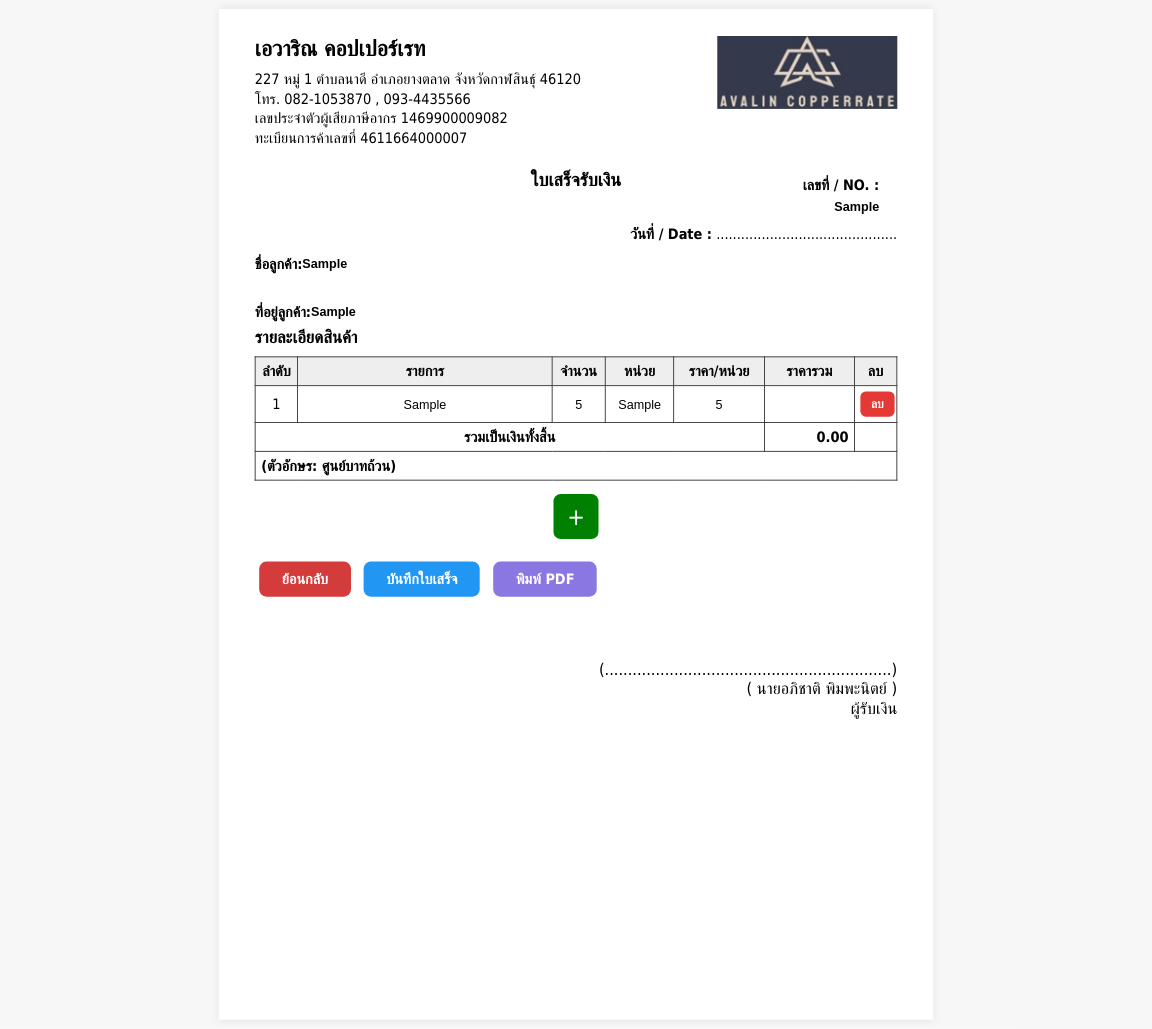
Repository: Hermesmercury88/shop_it
Page: quotation.html
These files come from the project's save history. The page is drawn as it stood at one moment and after the next save; the edit follows.
The browser window is 1280 px wide. The pictures show the whole page, at 90% of full size.
Empty fields were first filled with sample values (such as "Sample", 5 or name@example.com).
After loading, the first visible `button.btn-print` was clicked once.
Some web fonts or font styles are not loaded; a fallback is used.

Above is the page before, as saved 2025-09-21 11:04:10.

### quotation.html
<!DOCTYPE html>
<html lang="th">
<head>
<meta charset="UTF-8">
<title>ใบเสร็จรับเงิน</title>
<link href="css/quotation.css" rel="stylesheet">
<style>
/* ตาราง */
table { border-collapse: collapse; width: 100%; }
table, th, td { border: 1px solid #000; }
th, td { padding: 5px; text-align: center; }
tfoot td { font-weight: bold; }

/* ปุ่ม */
.add-btn, .remove-btn { cursor: pointer; }

/* ปรับแถวรวม */
tfoot .total-row td { border-top: 1px solid #000; }
tfoot .total-row td:first-child { border-right: 1px solid #000; }
</style>
</head>
<body>
<div class="container" id="receiptContent">

    <!-- ส่วนหัว -->
    <div class="header-info">
        <div class="company">
            <h2>เอวาริณ คอปเปอร์เรท</h2>
            <p>227 หมู่ 1 ตำบลนาดี อำเภอยางตลาด จังหวัดกาฬสินธุ์ 46120</p>
            <p>โทร. 082-1053870 , 093-4435566</p>
            <p>เลขประจำตัวผู้เสียภาษีอากร 1469900009082</p>
            <p>ทะเบียนการค้าเลขที่ 4611664000007</p>
        </div>
        <div class="logo">
            <img src="./pic/logo.png" alt="logo">
        </div>
    </div>

    <!-- ฟอร์ม -->
    <form action="http://localhost/shop/save.php" method="post" id="receiptForm">

        <div class="doc-title">
            <h2>ใบเสร็จรับเงิน</h2>
            <div class="doc-info">
                <label>เลขที่ / NO. : <input type="text" name="order_no" required></label>
                <span><b>วันที่ / Date :</b> ............................................</span>
            </div>
        </div>

        <div class="customer-info">
            <label>ชื่อลูกค้า: <input type="text" name="customer_name" required></label><br>
            <label>ที่อยู่ลูกค้า: <textarea name="customer_address" rows="2" required></textarea></label>
        </div>

        <h3>รายละเอียดสินค้า</h3>
        <table id="itemsTable">
            <thead>
                <tr>
                    <th>ลำดับ</th>
                    <th>รายการ</th>
                    <th>จำนวน</th>
                    <th>หน่วย</th>
                    <th>ราคา/หน่วย</th>
                    <th>ราคารวม</th>
                    <th>ลบ</th>
                </tr>
            </thead>
            <tbody>
                <tr>
                    <td>1</td>
                    <td><input type="text" name="item_name[]"></td>
                    <td><input type="number" name="qty[]" class="qty"></td>
                    <td><input type="text" name="unit[]"></td>
                    <td><input type="number" name="price[]" class="price"> </td>
                    <td><input type="text" name="total[]" class="total" readonly></td>
                    <td><button type="button" class="remove-btn">ลบ</button></td>
                </tr>
            </tbody>
            <tfoot>
                <!-- รวมเป็นเงินทั้งสิ้น -->
                 <tr>
                    <td colspan="5" style="text-align:center;font-weight:bold;">รวมเป็นเงินทั้งสิ้น</td>
                    <td style="text-align:right;font-weight:bold;">
                        <span id="grandTotalDisplay">0.00</span>
                    </td>
                    <td></td>
                </tr>
                <!-- ตัวอักษร -->
                 <tr>
                    <td colspan="7" style="text-align:left;font-weight:bold;">
                        (ตัวอักษร: <span id="thaiTextDisplay">ศูนย์บาทถ้วน</span>)
                    </td>
                </tr>
            </tfoot>
        </table>

        <input type="hidden" name="grand_total" id="grand_total_input">

        <button type="button" class="add-btn">+</button>
        <button type="button" class="button btn-back" onclick="window.location.href='index.html'">ย้อนกลับ</button>
        <button type="submit" class="button btn-save">บันทึกใบเสร็จ</button>
        <button type="button" class="button btn-print" onclick="printPDF()">พิมพ์ PDF</button>
    </form>

    <div class="signature">
        <p>(..............................................................)<br>( นายอภิชาติ พิมพะนิตย์ )<br>ผู้รับเงิน</p>
    </div>
</div>

<script>
// แปลงตัวเลขเป็นภาษาไทย
function numberToThaiText(number) {
    const txtnum = ["ศูนย์","หนึ่ง","สอง","สาม","สี่","ห้า","หก","เจ็ด","แปด","เก้า"];
    const txtdigit = ["","สิบ","ร้อย","พัน","หมื่น","แสน","ล้าน"];
    if(number === 0) return "ศูนย์บาทถ้วน";
    let bahtText = "";
    let numStr = number.toFixed(2).toString();
    let [intPart, decPart] = numStr.split(".");
    let intLen = intPart.length;

    for(let i=0; i<intLen; i++){
        let n = parseInt(intPart.charAt(i));
        let pos = intLen - i - 1;
        if(n!==0){
            if(pos==1 && n==1) bahtText += "สิบ";
            else if(pos==1 && n==2) bahtText += "ยี่สิบ";
            else if(pos==0 && n==1 && intLen>1) bahtText += "เอ็ด";
            else bahtText += txtnum[n] + (pos>0?txtdigit[pos]:"");
        }
    }
    bahtText += "บาท";
    if(decPart=="00") bahtText += "ถ้วน";
    else {
        let d1 = parseInt(decPart.charAt(0));
        let d2 = parseInt(decPart.charAt(1));
        if(d1!=0){
            if(d1==1) bahtText += "สิบ";
            else if(d1==2) bahtText += "ยี่สิบ";
            else bahtText += txtnum[d1]+"สิบ";
        }
        if(d2!=0){
            if(d2==1) bahtText += "เอ็ดสตางค์";
            else bahtText += txtnum[d2]+"สตางค์";
        }
    }
    return bahtText;
}

// คำนวณราคารวม
function calculateTotals() {
    let qtys = document.querySelectorAll(".qty");
    let prices = document.querySelectorAll(".price");
    let totals = document.querySelectorAll(".total");
    let grandTotal = 0;

    qtys.forEach((qty, i) => {
        let q = parseFloat(qty.value) || 0;
        let p = parseFloat(prices[i].value) || 0;
        let sum = q * p;
        totals[i].value = sum.toFixed(2);
        grandTotal += sum;
    });

    // แสดงผลรวม
    document.getElementById("grandTotalDisplay").innerText = grandTotal.toFixed(2);
    document.getElementById("grand_total_input").value = grandTotal.toFixed(2);

    // แสดงตัวอักษร
    document.getElementById("thaiTextDisplay").innerText = numberToThaiText(grandTotal);
}

// event คำนวณอัตโนมัติ
document.addEventListener("input", function(e){
    if(e.target.classList.contains("qty") || e.target.classList.contains("price")){
        calculateTotals();
    }
});

// เพิ่มแถวสินค้า
document.querySelector(".add-btn").addEventListener("click", function(){
    let table = document.getElementById("itemsTable").getElementsByTagName("tbody")[0];
    let rowCount = table.rows.length;
    let row = table.insertRow();
    row.innerHTML = `
        <td>${rowCount+1}</td>
        <td><input type="text" name="item_name[]"></td>
        <td><input type="number" name="qty[]" class="qty"></td>
        <td><input type="text" name="unit[]"></td>
        <td><input type="number" name="price[]" class="price"></td>
        <td><input type="text" name="total[]" class="total" readonly></td>
        <td><button type="button" class="remove-btn">ลบ</button></td>
    `;
});

// ลบแถวสินค้า
document.getElementById("itemsTable").addEventListener("click", function(e){
    if(e.target.classList.contains("remove-btn")){
        let row = e.target.closest("tr");
        row.parentNode.removeChild(row);
        calculateTotals();
        let rows = document.querySelectorAll("#itemsTable tbody tr");
        rows.forEach((r, i) => r.cells[0].innerText = i+1);
    }
});

// ปุ่มพิมพ์ PDF
function printPDF() {
    document.querySelectorAll("input, textarea").forEach(el => {
    const span = document.createElement("span");
    span.textContent = el.value;
    span.style.fontFamily = "TH SarabunPSK, sans-serif";
    span.style.fontSize = "14px";
    span.style.lineHeight = "1.6";
    el.parentNode.replaceChild(span, el);
  });
  window.print();
}
</script>
</body>
</html>

### css/quotation.css
@font-face {
    font-family: "TH SarabunPSK";
    src: url("./fonts/THSarabunPSK.woff2") format("woff2"),
         url("./fonts/THSarabunPSK.woff") format("woff"),
         url("./fonts/THSarabunPSK.ttf") format("truetype");
    font-weight: normal;
    font-style: normal;
}

/* รีเซ็ต */
* {
    margin: 0;
    padding: 0;
    box-sizing: border-box;
    font-family: "TH SarabunPSK", Tahoma, sans-serif;
}

body {
    background: #f7f7f7;
    padding: 10px;
    display: flex;
    justify-content: center;
}

.container {
    background: #fff;
    width: 210mm;       /* กำหนดตรง A4 */
    min-height: 297mm;  /* ความสูง A4 */
    padding: 30px 40px;
    box-shadow: 0 0 10px rgba(0,0,0,0.1);
}

/* ส่วนหัว */
.header-info {
    display: flex;
    justify-content: space-between;
    margin-bottom: 22px;
}

.company {
    width: 65%;
    text-align: left;
}

.company h1 {
    font-size: 30px;
    margin-bottom: 10px;
}

.company h2 {
    font-size: 24px;
    margin-bottom: 10px;
}

.company p {
    font-size: 16px;
    margin: 3px 0;
}

.logo {
    text-align: left;
    margin-bottom: 20px;
}

.logo img {
    width: 200px;
    height: auto;
    display: block;
}

/* หัวใบเสร็จ */
.doc-title {
    text-align: center;
    margin: 20px 0 70px;
    position: relative;
}

.doc-title h2 {
    font-size: 20px;
    font-weight: bold;
}

.doc-info {
    position: absolute;
    right: 0;
    top: 0;
    font-size: 20px;
    text-align: right;
}

.doc-info span {
    display: block;
    margin: 3px 0;
}

.doc-info label,
.doc-info span {
    font-size: 16px;
}

/* เลขที่/NO ให้อยู่บรรทัดเดียวกับ input */
.doc-info label {
  display: inline-block;
  font-weight: bold;
  margin-right: 20px;
}

.doc-info input[type="text"] {
  width: 120px;
  display: inline-block;
}

/* ลูกค้าและที่อยู่ต่อท้าย label */
.customer-info label {
  display: flex;
  align-items: center;
  margin: 6px 0;
  font-weight: bold;
}

.customer-info input,
.customer-info textarea {
  margin-left: 8px;
  flex: 1;
}

/* รวมเป็นเงินทั้งสิ้น */
tfoot td {
  border: 1px solid #333;
}


/* ฟอร์ม */
label {
  font-size: 16px;
  font-weight: bold;
  display: block;
  margin: 8px 0 4px;
}

input[type="text"], textarea, input[type="number"] {
  font-size: 16px;
  padding: 6px;
  border: 1px solid #999;
  border-radius: 6px;
  width: 100%;
  margin-bottom: 12px;
}

/* ตาราง */
table {
  width: 100%;
  border-collapse: collapse;
  margin-top: 10px;
  table-layout: fixed; /* ใช้ความกว้างตามที่กำหนด */
}

table th, table td {
  border: 1px solid #333;
  padding: 6px;
  text-align: center;
  word-wrap: break-word; /* ตัดบรรทัดอัตโนมัติ */
}

table th {
  background: #eee;
  font-weight: bold;
}

/* กำหนดสัดส่วนคอลัมน์ */
table th:nth-child(1), table td:nth-child(1) { width: 8%; }   /* ลำดับ */
table th:nth-child(2), table td:nth-child(2) { width: 48%; }  /* รายการ (กว้างสุด) */
table th:nth-child(3), table td:nth-child(3) { width: 10%; }  /* จำนวน */
table th:nth-child(4), table td:nth-child(4) { width: 13%; }  /* หน่วย */
table th:nth-child(5), table td:nth-child(5) { width: 17%; }  /* ราคา/หน่วย */
table th:nth-child(6), table td:nth-child(6) { width: 17%; }  /* ราคารวม */
table th:nth-child(7), table td:nth-child(7) { width: 8%; }  /* ลบ */

/* ปุ่ม */
.button {
  display: inline-block;
  font-size: 16px;
  font-weight: bold;
  padding: 10px 25px;
  margin: 10px 5px;
  border: none;
  border-radius: 8px;
  cursor: pointer;
  color: white;
}

.btn-back { background: #d43b3b; }
.btn-save { background: #2196F3; }
.btn-print { background: #8a77e2; }

.add-btn {
  display: block;
  margin: 15px auto;
  width: 50px;
  height: 50px;
  font-size: 26px;
  background: green;
  color: white;
  border: none;
  border-radius: 8px;
  cursor: pointer;
}

/* ปุ่มลบ */
.remove-btn {
  background-color: #e53935;
  color: white;
  border: none;
  padding: 6px 12px;
  border-radius: 6px;
  cursor: pointer;
  font-weight: bold;
}

.remove-btn:hover {
  background-color: #ef5350;
}

/* รวมเงิน */
.grand-total {
  text-align: right;
  font-weight: bold;
  font-size: 18px;
  margin-top: 15px;
}

/* ลายเซ็น */
.signature {
  margin-top: 60px;
  text-align: right;
  font-size: 18px;
}

/* @media print */
@media print {
  #thaiTextDisplay {
    display: inline-block !important;
    font-weight: bold !important;
    font-size: 16px !important;
    color: #000 !important;
    text-align: center !important;
  }

  /* ซ่อนปุ่มทั้งหมด */
  .button, .add-btn, .remove-btn {
    display: none !important;
  }

  /* ซ่อนคอลัมน์ลบในตาราง */
  th:last-child, td:last-child {
    display: none !important;
  }

  input, textarea {
    input, textarea {
    border: none !important;
    outline: none !important;
    background: transparent !important;
    pointer-events: none;
    font-size: 14px;
    font-family: "TH SarabunPSK", sans-serif;
    color: #000;
    width: auto !important;
    min-width: 50px !important;
    box-sizing: content-box !important;

    /* แก้เลขหักครึ่ง */
    -webkit-appearance: none;
    appearance: none;
    line-height: 1.6 !important;
    height: auto !important;
    padding: 0 !important;
    margin: 0 !important;

      .summary-outside {
        display: none;
  }
  }

  input.total, input.price, input.qty {
    text-align: right !important;
  }

  input::placeholder, textarea::placeholder {
    color: transparent !important;
  }

  body {
    background: none !important;
    padding: 0 !important;
  }

  .container {
    box-shadow: none !important;
    margin: 0 auto !important;
    width: 210mm !important;
    min-height: 250mm !important;
    background: #fff !important;
  }

  @page {
    size: A4 portrait;
    margin: 15mm;
  }

  /* td ที่ครอบ span */
  tfoot tr:last-child td {
    display: table-cell !important;
    text-align: left !important;
    border: none !important;
    padding-left: 0 !important;
  }


}


  /* กำหนดสัดส่วนคอลัมน์ */
  table th:nth-child(1), table td:nth-child(1) { width: 8% !important; text-align: center; }
  table th:nth-child(2), table td:nth-child(2) { width: 48% !important; }
  table th:nth-child(3), table td:nth-child(3) { width: 10% !important; text-align: center; }
  table th:nth-child(4), table td:nth-child(4) { width: 13% !important; text-align: center; }
  table th:nth-child(5), table td:nth-child(5) { width: 17% !important; text-align: right; padding-right: 5px; }
  table th:nth-child(6), table td:nth-child(6) { width: 18% !important; text-align: right; padding-right: 5px; }
}

.summary-outside {
  display: none;
}

After the next save:
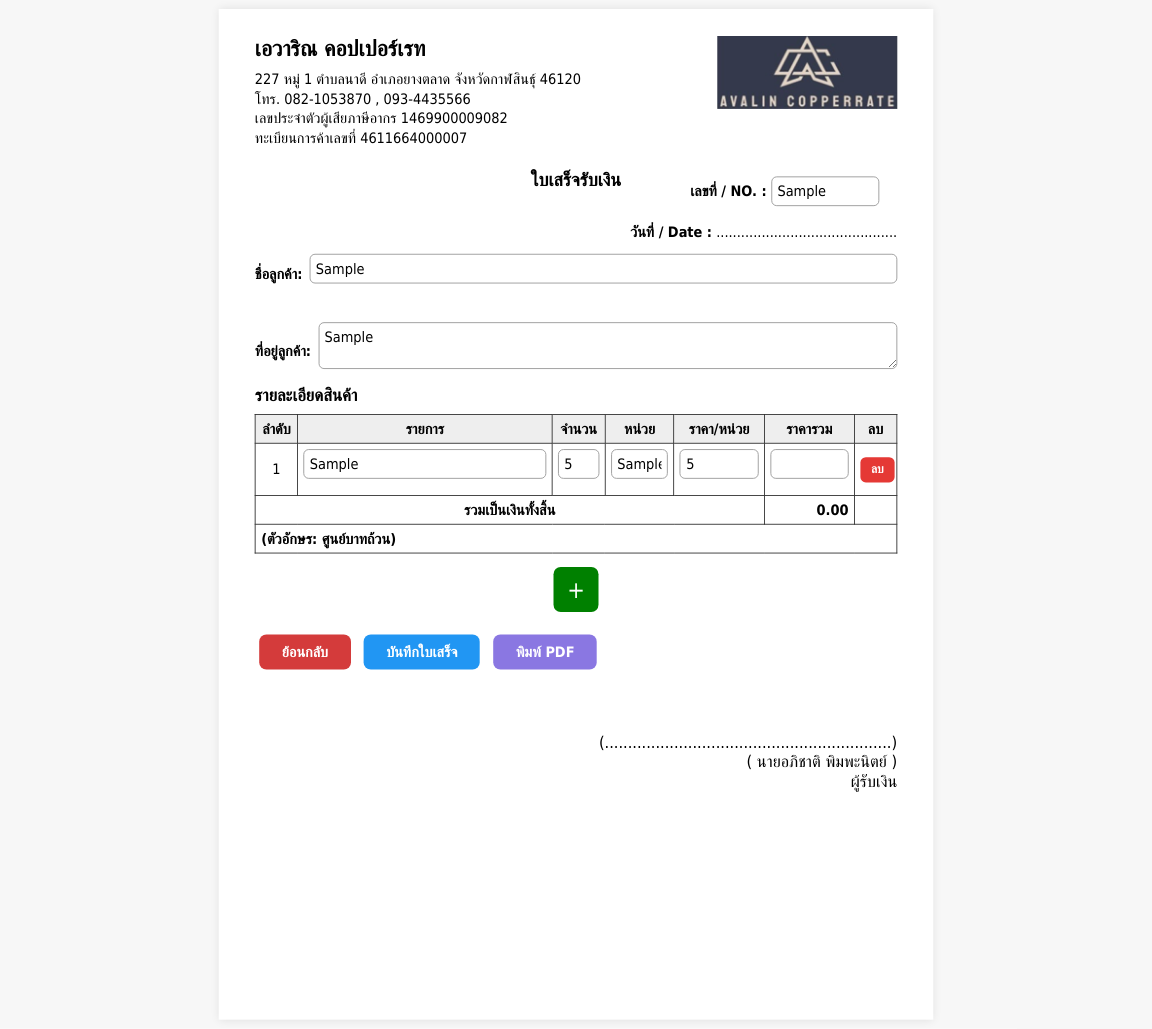
Saved 41 min 26 s later.
--- a/quotation.html
+++ b/quotation.html
@@ -211,7 +211,7 @@
     span.style.fontFamily = "TH SarabunPSK, sans-serif";
     span.style.fontSize = "14px";
     span.style.lineHeight = "1.6";
-    el.parentNode.replaceChild(span, el);
+    <!-- el.parentNode.replaceChild(span, el); -->
   });
   window.print();
 }

After the save that followed:
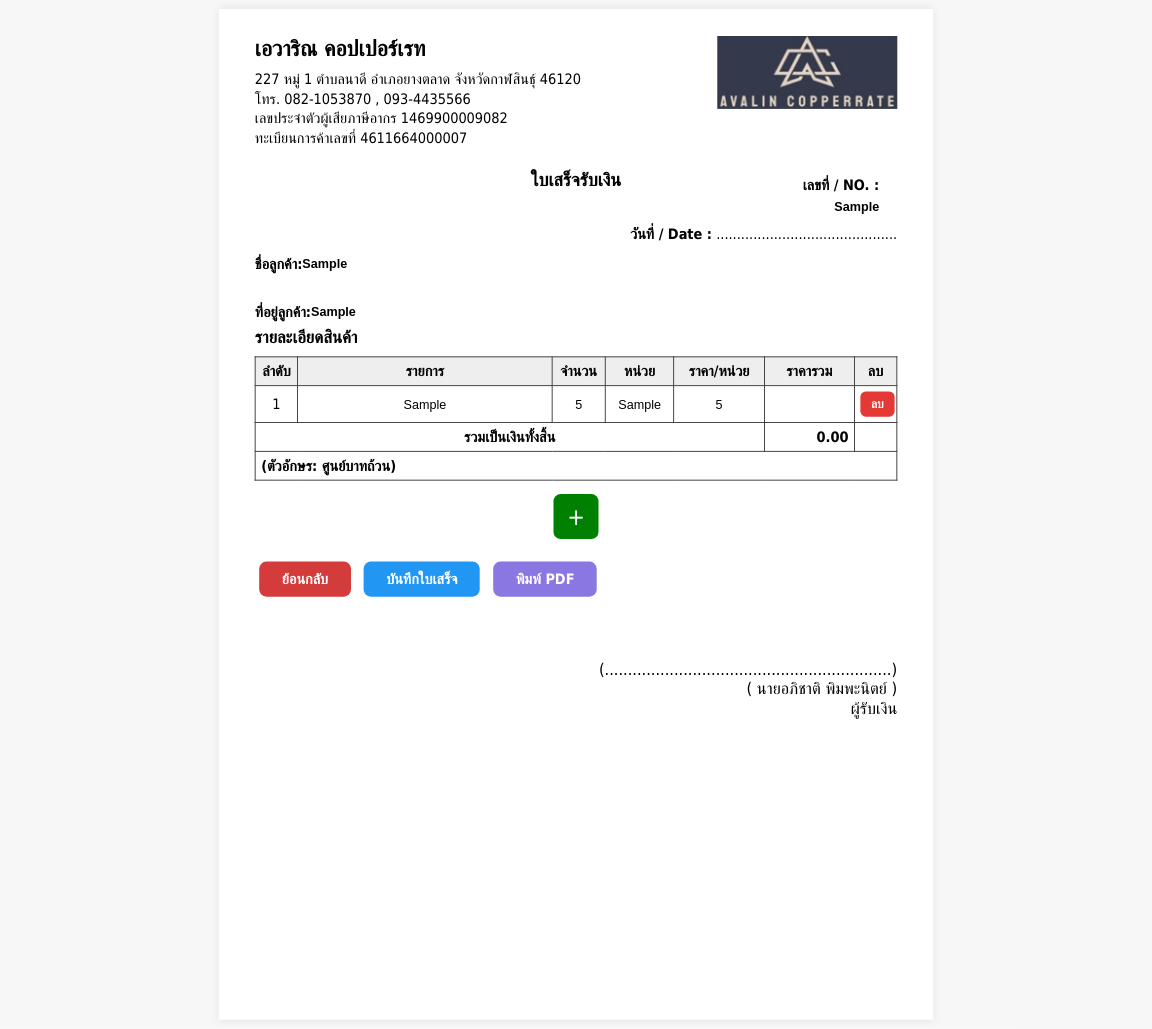
Saved 4 s later.
--- a/quotation.html
+++ b/quotation.html
@@ -211,7 +211,7 @@
     span.style.fontFamily = "TH SarabunPSK, sans-serif";
     span.style.fontSize = "14px";
     span.style.lineHeight = "1.6";
-    <!-- el.parentNode.replaceChild(span, el); -->
+    el.parentNode.replaceChild(span, el);
   });
   window.print();
 }
